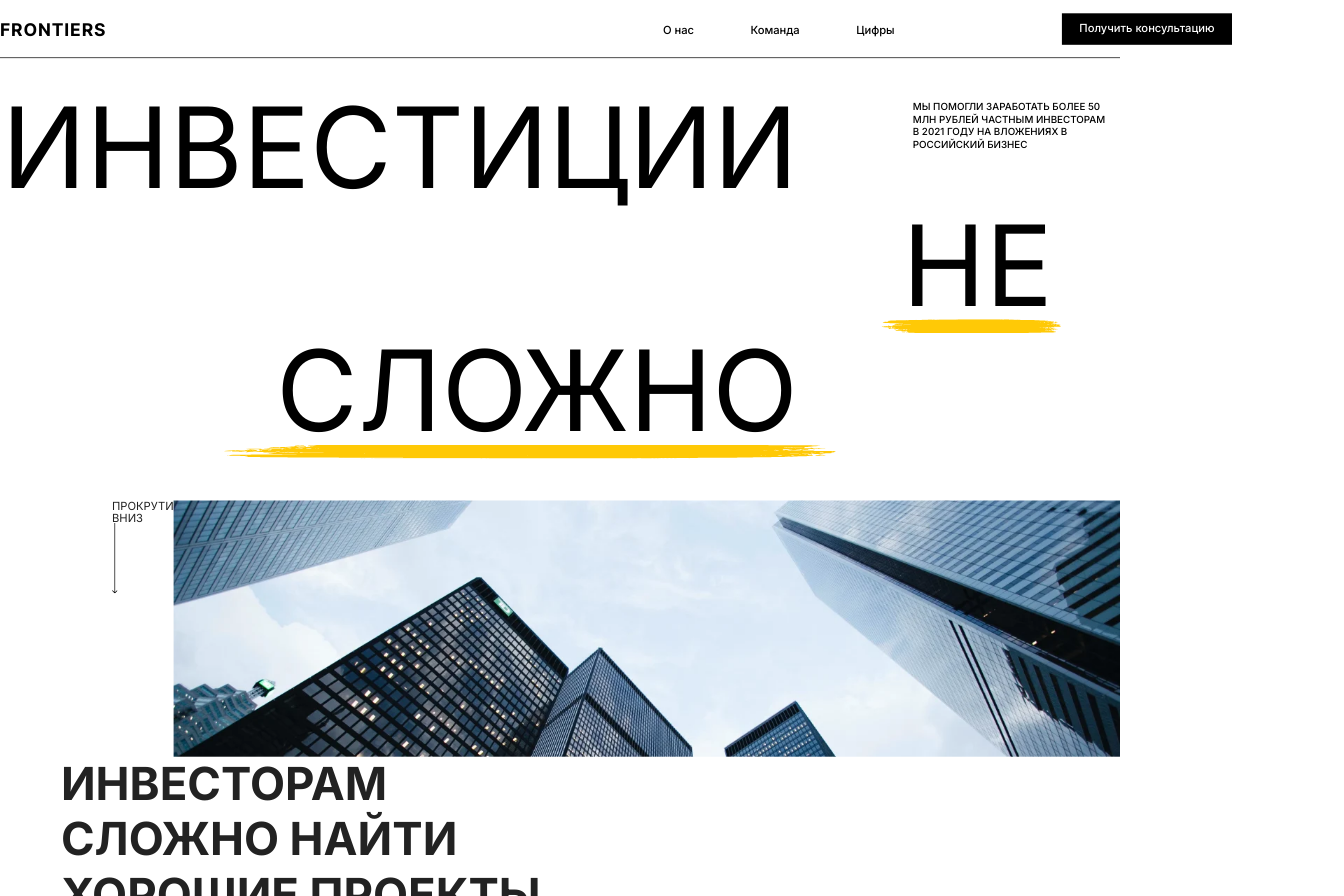
Repository: NadyaKorvin/frontiers
Page: /
An editor plug-in stored every save of this project. The page is shown before and after the next save, followed by the edit.
The browser window is 1280 px wide. The page is 1920 px wide, so the pictures cover 1920 px, including what lies to the right of the window. The pictures show the part of the page from y = 0 to 1280 px (the page is 2633 px tall), at 70% of full size.
The project was rebuilt for these pictures with package versions that can differ from the ones it lists, and the page was loaded fresh each time.

Above is the page before, as saved 2022-05-26 16:36:16.

After the next save:
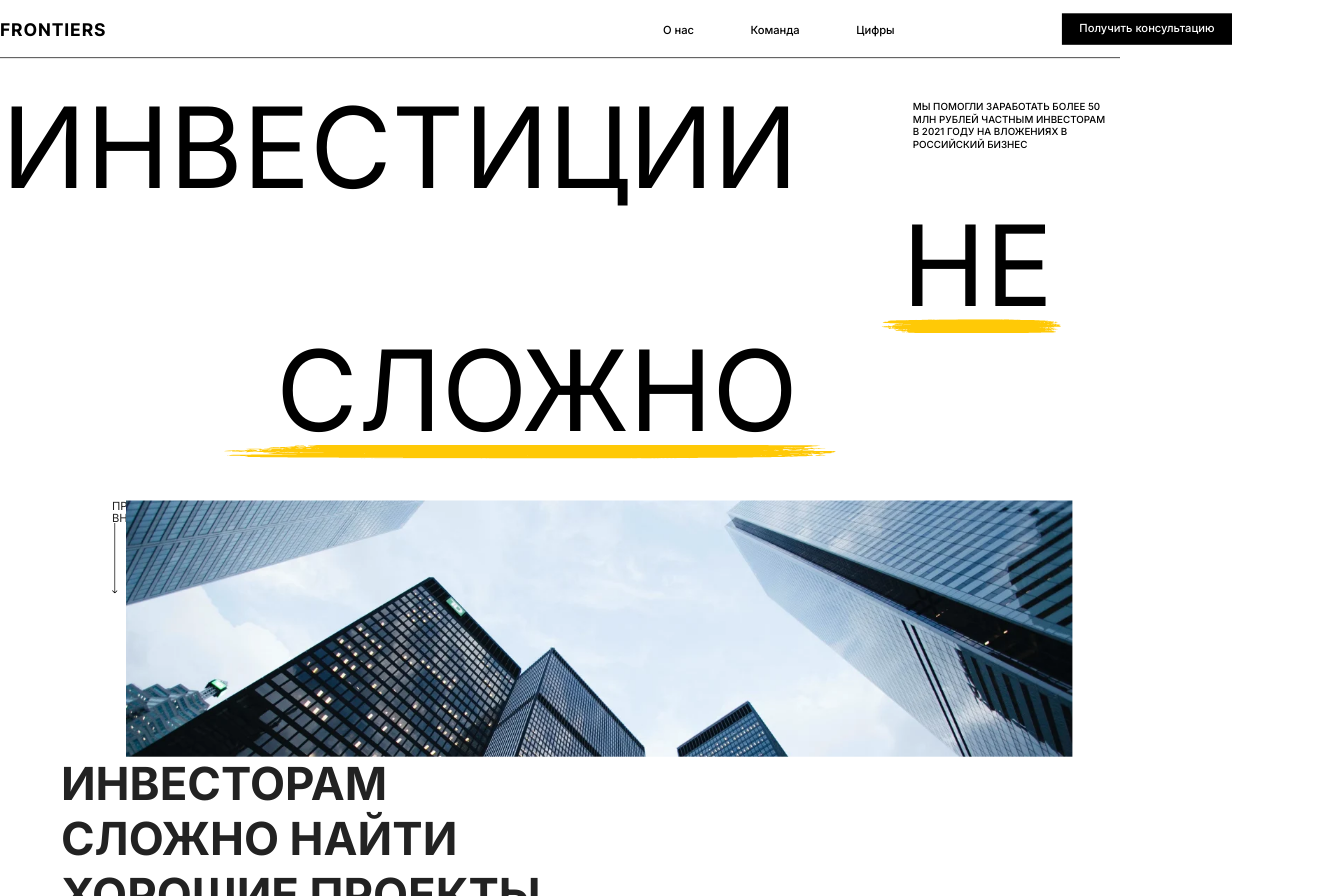
Saved 22 s later.
--- a/src/components/firstScreen/FirstScreen.css
+++ b/src/components/firstScreen/FirstScreen.css
@@ -147,7 +147,7 @@
 }
 
 .firstscreen__content_bottom_content_left {
-  width: ;
+  width: 20px;
 }
 
 .firstscreen__img {
